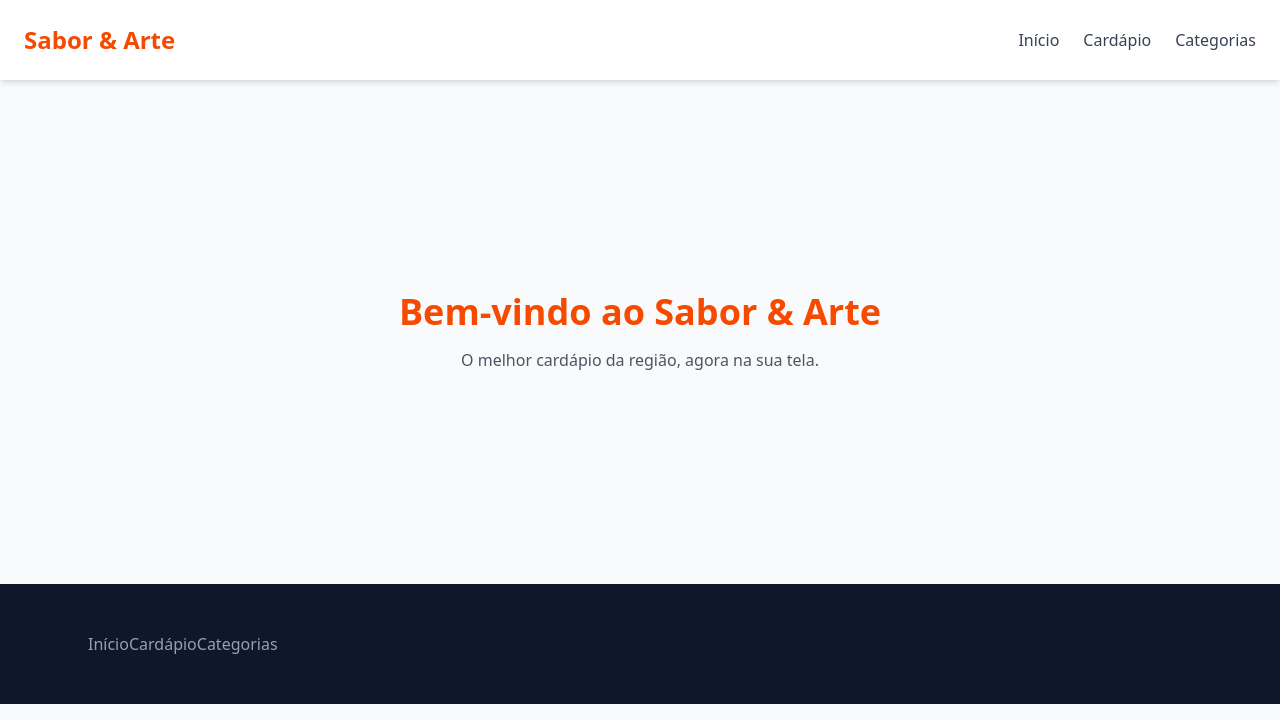
Repository: LuigiBLombardo/Next---Atividade
Page: / (app in sistema-cardapio/)
An editor plug-in stored every save of this project. The page is shown before and after a run of saves, followed by the edit.
The browser window is 1280 px wide. The pictures show the whole page.
The project was rebuilt for these pictures with package versions that can differ from the ones it lists, and the page was loaded fresh each time. The framework's server and built-in components were replaced by stand-ins that run in the browser. Also part of the build but not shown: sistema-cardapio/next.config.mjs.

Above is the page before, as saved 2026-09-04 19:22:19.

### sistema-cardapio/src/app/layout.js
import { Inter, Montserrat } from "next/font/google";
import "./globals.css";
import Navbar from "@/components/Navbar";
import Footer from "@/components/Footer";

const inter = Inter({ subsets: ["latin"], variable: "--font-inter" });

const montserrat = Montserrat({ subsets: ["latin"], variable: "--font-montserrat" });

export default function RootLayout({ children }) {
    return (
        <html lang="pt-br" className={`${inter.variable} ${montserrat.variable}`}>
            <body className="font-sans bg-gray-50 antialiased">
                <Navbar />
                {children}
                <Footer/>
            </body>
        </html>
);
}

### sistema-cardapio/src/app/page.js
import Image from "next/image";

export default function Home() {
  return (
    <main className="flex flex-col items-center justify-center min-h-[70vh]">
        <h1 className="text-4xl font-bold text-orange-600">Bem-vindo ao Sabor & Arte</h1>
        <p className="mt-4 text-gray-600">O melhor cardápio da região, agora na sua tela.</p>
    </main>
  );
}

### sistema-cardapio/src/components/Navbar.js
import Link from 'next/link';

export default function Navbar() {
    return (
        <nav className="flex items-center justify-between p-6 bg-white shadow-md">
            <h2 className="text-2xl font-bold text-orange-600">Sabor & Arte</h2>
            <div className="flex gap-6">
                <Link href="/" className="text-gray-700 hover:text-orange-600 font-medium">Início</Link>
                <Link href="/cardapio" className="text-gray-700 hover:text-orange-600 font-medium">Cardápio</Link>
                <Link href="/categorias" className="text-gray-700 hover:text-orange-600
font-medium">Categorias</Link>
            </div>
        </nav>
);
}

### sistema-cardapio/src/components/Footer.js
import Link from "next/link";

export default function Footer(){
    return (
        <footer className="w-full bg-slate-900 text-slate-400 pt-12">

            <div className="max-w-6xl mx-auto px-6 pb-12 grid grid-cols-1 md:grid-">

                <div>

                    <h2></h2>

                    <p></p>

                </div>

                <div>

                    <h3></h3>

                    <div>
                        <Link href="/" className="">Início</Link>
                        <Link href="/cardapio" className="">Cardápio</Link>
                        <Link href="/categorias" className="">Categorias</Link>
                    </div>

                </div>

                <div>

                </div>
            </div>

        </footer>
    )
}

Loaded but not shown: sistema-cardapio/src/app/globals.css (common file)

After the next 2 saves:
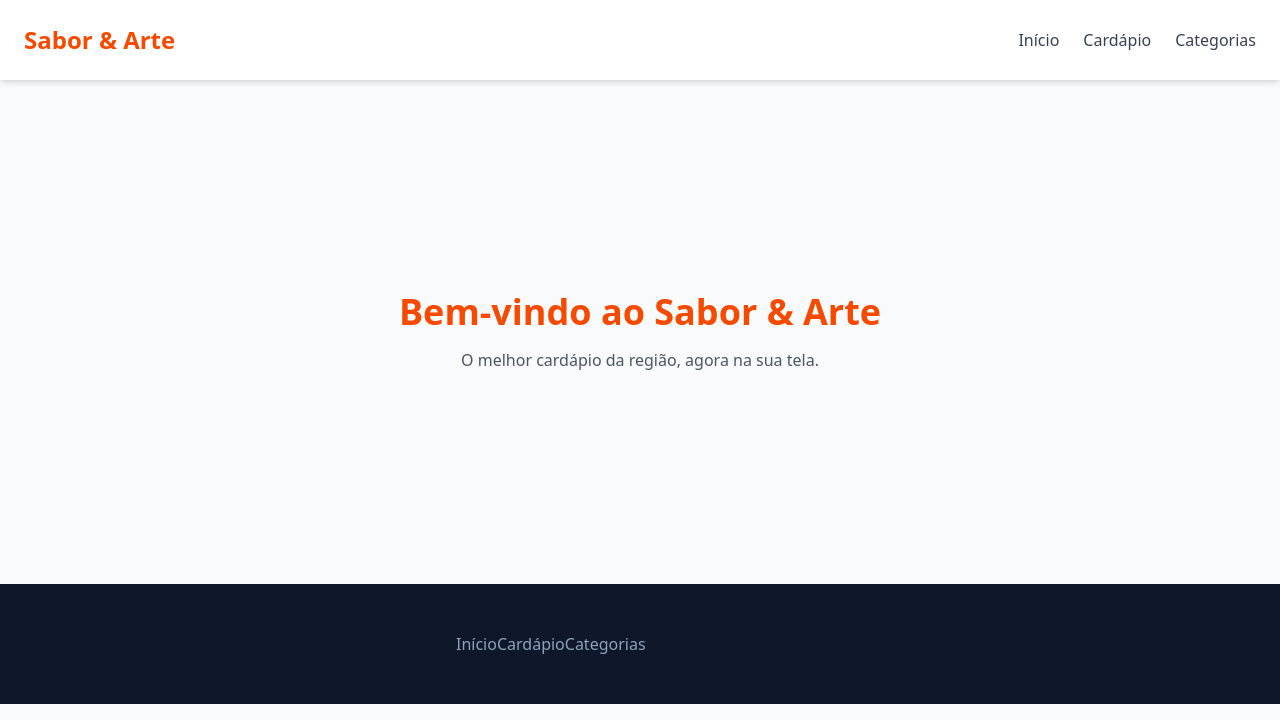
The 2 saves are shown as one change because they came seconds apart.
The last was saved 7 s later.
--- a/sistema-cardapio/src/components/Footer.js
+++ b/sistema-cardapio/src/components/Footer.js
@@ -4,7 +4,7 @@ export default function Footer(){
     return (
         <footer className="w-full bg-slate-900 text-slate-400 pt-12">
 
-            <div className="max-w-6xl mx-auto px-6 pb-12 grid grid-cols-1 md:grid-">
+            <div className="max-w-6xl mx-auto px-6 pb-12 grid grid-cols-1 md:grid-cols-3 ">
 
                 <div>
 
